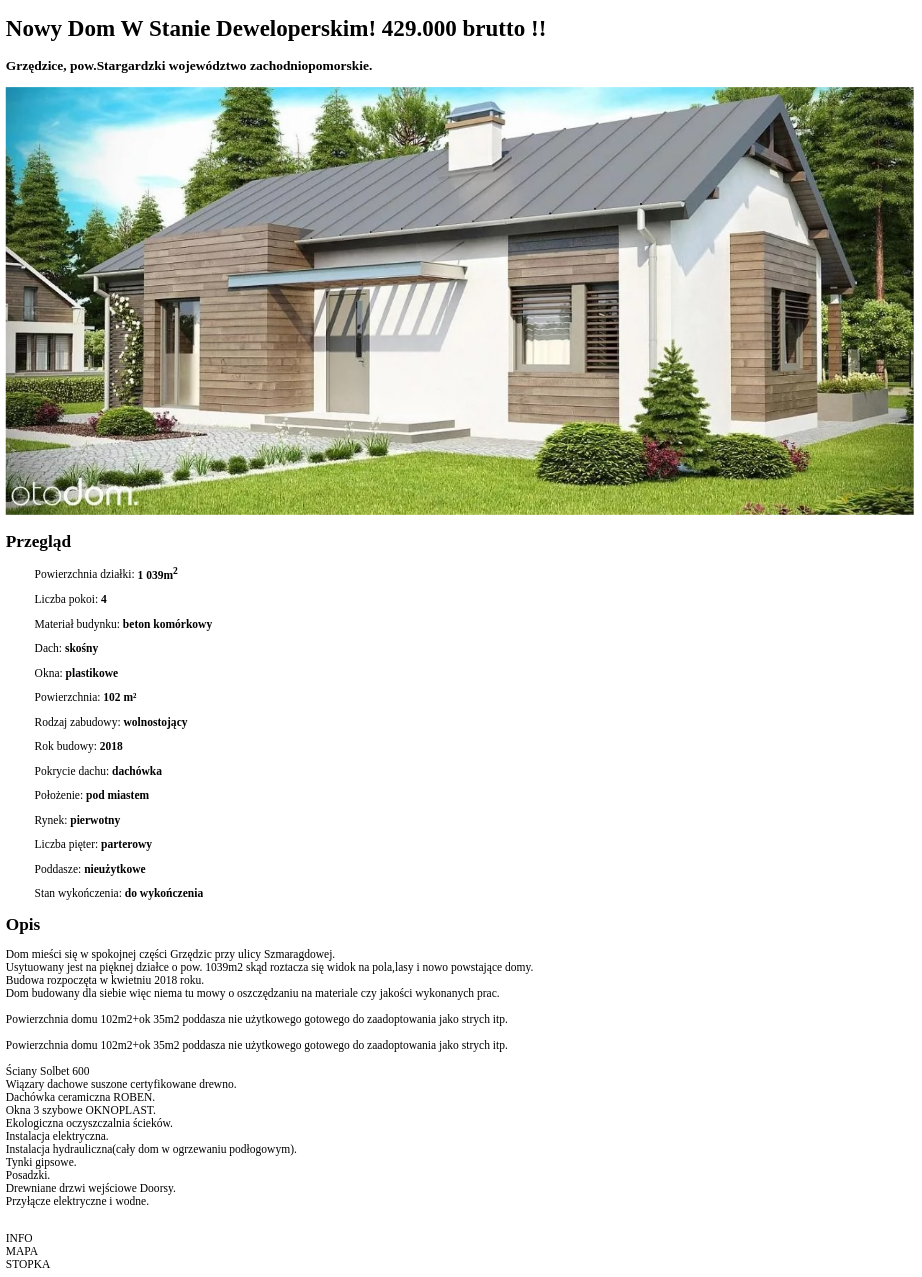
Repository: Slawek88/HomePage
Page: index.html
An editor plug-in stored every save of this project. The page is shown before and after a run of saves, followed by the edit.
The browser window is 1280 px wide. The pictures show the whole page, at 72% of full size.

Above is the page before, as saved 2019-02-28 13:09:17.

### index.html
<!DOCTYPE html>
<html lang="en">
  <head>
    <meta charset="UTF-8" />
    <meta name="viewport" content="width=device-width, initial-scale=1.0" />
    <meta http-equiv="X-UA-Compatible" content="ie=edge" />
    <title>Dom w stanie Developerskim</title>
    <!-- <link rel="stylesheet" href="css/normalize.css"> -->
    <link rel="stylesheet" href="css/style.css" />
    <!-- <link
      href="https://fonts.googleapis.com/css?family=Roboto:400,900&amp;subset=latin-ext"
      rel="stylesheet"
    /> -->
  </head>

  <body>
    <h1>Nowy Dom W Stanie Deweloperskim! 429.000 brutto !!</h1>
    <h3>Grzędzice, pow.Stargardzki województwo zachodniopomorskie.</h3>
    <div class="container">
      <div class="grid">
        <div class="grid-item grid-img"><img src="img/1-Z96.jpg" alt="" /></div>
        <div class="grid-item grid-overview">
          <h2>Przegląd</h2>
          <ul class="li">
            Powierzchnia działki:
            <strong>1 039m<sup>2</sup></strong>
          </ul>
          <ul class="li">
            Liczba pokoi:
            <strong> 4</strong>
          </ul>
          <ul class="li">
            Materiał budynku:
            <strong>beton komórkowy</strong>
          </ul>
          <ul class="li">
            Dach:
            <strong>skośny</strong>
          </ul>
          <ul class="li">
            Okna:
            <strong>plastikowe</strong>
          </ul>
          <ul class="li">
            Powierzchnia:
            <strong>102 m²</strong>
          </ul>
          <ul class="li">
            Rodzaj zabudowy:
            <strong>wolnostojący</strong>
          </ul>
          <ul class="li">
            Rok budowy:
            <strong>2018</strong>
          </ul>
          <ul class="li">
            Pokrycie dachu:
            <strong>dachówka</strong>
          </ul>
          <ul class="li">
            Położenie:
            <strong>pod miastem</strong>
          </ul>
          <ul class="li">
            Rynek:
            <strong>pierwotny</strong>
          </ul>
          <ul class="li">
            Liczba pięter:
            <strong>parterowy</strong>
          </ul>
          <ul class="li">
            Poddasze:
            <strong>nieużytkowe</strong>
          </ul>
          <ul class="li">
            Stan wykończenia:
            <strong>do wykończenia</strong>
          </ul>
        </div>
        <div class="grid-item grid-destriction">
          <h2>Opis</h2>
          <p>
            Dom mieści się w spokojnej części Grzędzic przy ulicy Szmaragdowej.
            <br />
            Usytuowany jest na pięknej działce o pow. 1039m2 skąd roztacza się
            widok na pola,lasy i nowo powstające domy.
            <br />
            Budowa rozpoczęta w kwietniu 2018 roku.
            <br />
            Dom budowany dla siebie więc niema tu mowy o oszczędzaniu na
            materiale czy jakości wykonanych prac.
            <br />
            <br />
            Powierzchnia domu 102m2+ok 35m2 poddasza nie użytkowego gotowego do
            zaadoptowania jako strych itp.
            <br>
            <br>
            Powierzchnia domu 102m2+ok 35m2 poddasza nie użytkowego gotowego do zaadoptowania jako strych itp.
            <br>
            <br>
            Ściany Solbet 600
            <br>
            Wiązary dachowe suszone certyfikowane drewno.
            <br>
            Dachówka ceramiczna ROBEN.
            <br>
            Okna 3 szybowe OKNOPLAST.
            <br>
            Ekologiczna oczyszczalnia ścieków.
            <br>
            Instalacja elektryczna.
            <br>
            Instalacja hydrauliczna(cały dom w ogrzewaniu podłogowym).
            <br>
            Tynki gipsowe.
            <br>
            Posadzki.
            <br>
            Drewniane drzwi wejściowe Doorsy.
            <br>
            Przyłącze elektryczne i wodne.
            <br>
            <br>
          </p>
        </div>
        <div class="grid-tem grit-info">
          INFO
        </div>
        <div class="grid-item grid-map">MAPA</div>
        <div class="grid-item grid-footer">STOPKA</div>
      </div>
    </div>
  </body>
</html>

### css/style.css
strong {
    600;
}

After the next 4 saves:
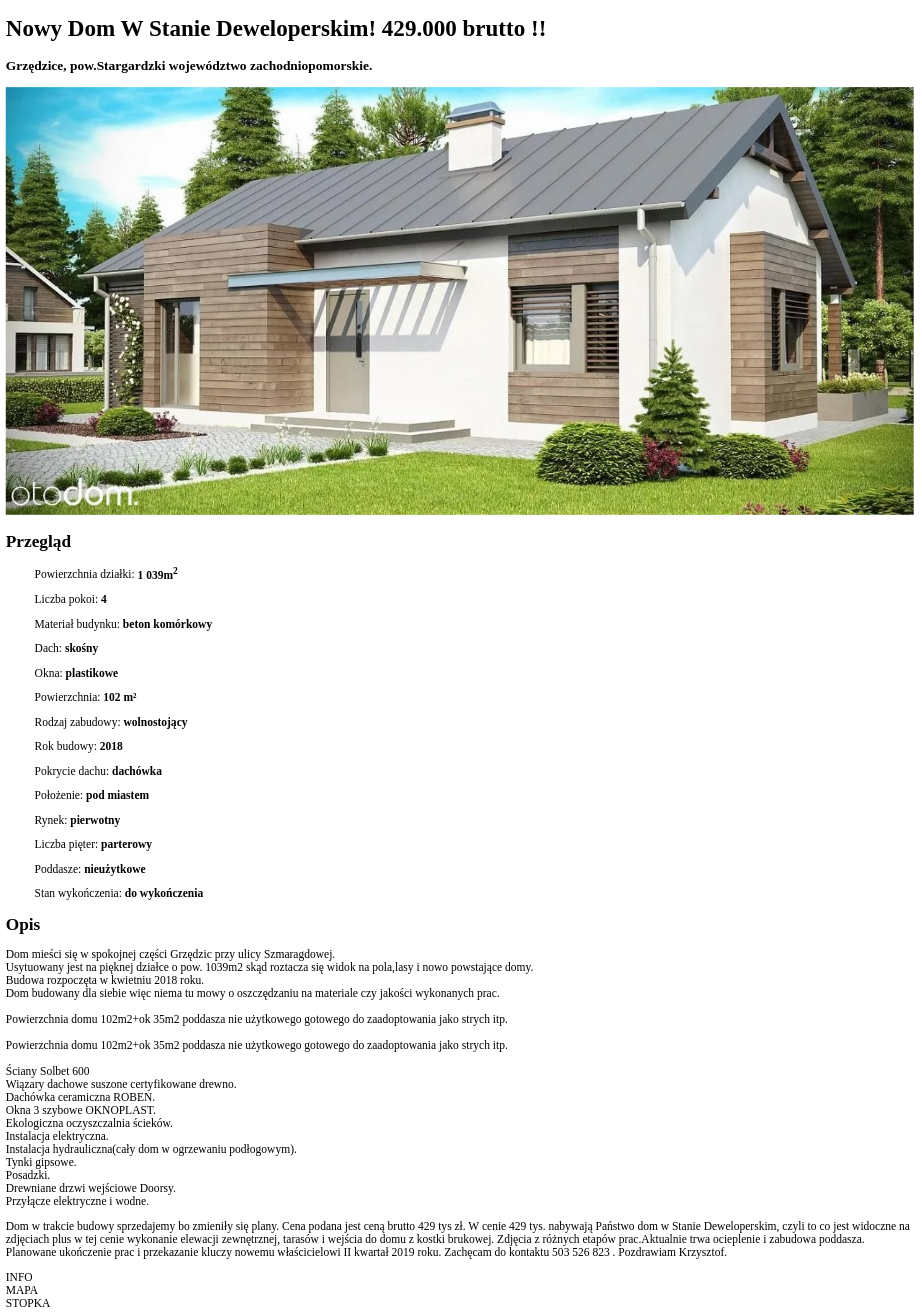
The 4 saves are shown as one change because they came seconds apart.
The last was saved 20 s later.
--- a/index.html
+++ b/index.html
@@ -122,6 +122,14 @@
             Przyłącze elektryczne i wodne.
             <br>
             <br>
+            Dom w trakcie budowy sprzedajemy bo zmieniły się plany.
+Cena podana jest ceną brutto 429 tys zł.
+W cenie 429 tys. nabywają Państwo dom w Stanie Deweloperskim, czyli to co jest widoczne na zdjęciach plus w tej cenie wykonanie elewacji zewnętrznej, tarasów i wejścia do domu z kostki brukowej.
+Zdjęcia z różnych etapów prac.Aktualnie trwa ocieplenie i zabudowa poddasza.
+
+Planowane ukończenie prac i przekazanie kluczy nowemu właścicielowi II kwartał 2019 roku.
+Zachęcam do kontaktu 503 526 823 .
+Pozdrawiam Krzysztof.
           </p>
         </div>
         <div class="grid-tem grit-info">
